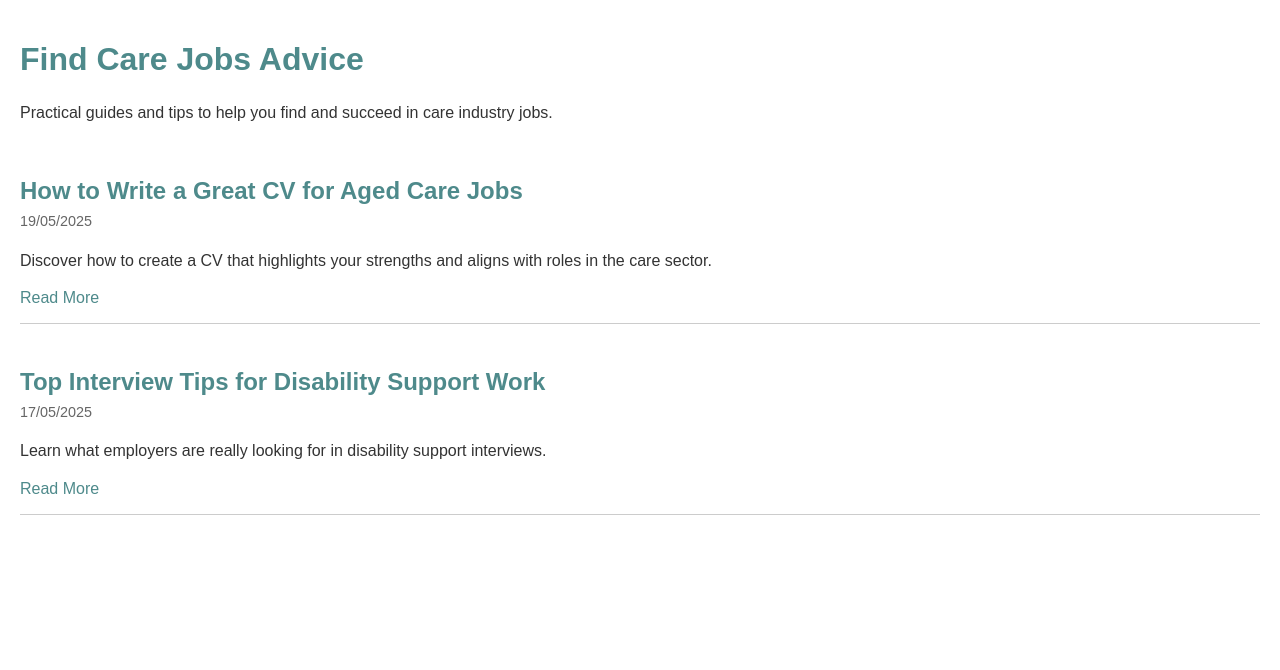
Repository: RichardCareJobs/find-care-jobs
Page: advice.html
These files come from the project's save history. The page is drawn as it stood at one moment and after the next save; the edit follows.
The browser window is 1280 px wide. The pictures show the whole page.

Above is the page before, as saved 2025-05-19 21:12:33.

### advice.html
<!DOCTYPE html>
<html lang="en">
<head>
    <!-- Google Tag Manager -->
<script>(function(w,d,s,l,i){w[l]=w[l]||[];w[l].push({'gtm.start':
    new Date().getTime(),event:'gtm.js'});var f=d.getElementsByTagName(s)[0],
    j=d.createElement(s),dl=l!='dataLayer'?'&l='+l:'';j.async=true;j.src=
    'https://www.googletagmanager.com/gtm.js?id='+i+dl;f.parentNode.insertBefore(j,f);
    })(window,document,'script','dataLayer','GTM-5VNSJFMC');</script>
    <!-- End Google Tag Manager -->

  <meta charset="UTF-8">
  <title>Find Care Jobs Advice</title>
  <link rel="stylesheet" href="styles.css">
</head>
<body>
    <!-- Google Tag Manager (noscript) -->
<noscript><iframe src="https://www.googletagmanager.com/ns.html?id=GTM-5VNSJFMC"
    height="0" width="0" style="display:none;visibility:hidden"></iframe></noscript>
    <!-- End Google Tag Manager (noscript) -->
 <header>
      <div id="global-header"></div>
      </header>

  <main class="content">
    <h1>Find Care Jobs Advice</h1>
    <p>Practical guides and tips to help you find and succeed in care industry jobs.</p>

    <div id="advice-container" class="advice-listing"></div>
  </main>

  <div id="global-footer"></div>

  <script src="js/advice.js"></script>
</body>
</html>

### styles.css
body {
    background-color: #ffffff; /* Warm Sand background for the whole page */
    font-family: Arial, sans-serif; /* Set a clean font */
    margin: 0;
    padding: 20px; /* Optional: adds padding to the content */
    color: #333; /* Dark text color for good contrast */
}



.hero-overlay h1,
.hero-overlay h2,
.hero-overlay h3,
.hero-overlay p,
.hero-overlay a {
  color: #fff;
}

/* ——— Header override to match Home page ——— */
header.header-container {
    position: fixed;
    top: 0; left: 0; width: 100vw;
    height: 80px;                 /* ↑ bigger bar like Home */
    padding: 10px 40px;           /* ↑ vertical + horizontal spacing */
    background-color: var(--primary-color);
    display: flex;
    align-items: center;
    justify-content: space-between;
    z-index: 1000;
    box-sizing: border-box;
  }

  /* Logo link must be white, not teal */
  .header-container .logo a {
    color: #fff;
    text-decoration: none;
    font-size: 1.2rem;
    font-weight: bold;
  }

  /* Nav links stay white on teal */
  .header-container .nav-links a {
    color: #fff;
  }

  .header-container .nav-links a:hover {
    color: var(--accent-color);
  }


/* New unified header container */
.header-container {
    display: flex;
    justify-content: space-between; /* Logo on left, nav/hamburger on right */
    align-items: center;
    padding: 0 20px;
    height: 80px; /* Adjust height as needed */
    background-color: #4E8A8B; /* Muted Teal for the header background */
    box-sizing: border-box;
    position: fixed; /* Keep header visible on scroll */
    top: 0;
    left: 0;
    width: 100%;
    z-index: 1000;
  }

  /* Logo styling (placeholder) */
  .logo {
    color: #fff;
    font-size: 1.2rem;
    font-weight: bold;
  }

  /* Desktop navigation links */
  .nav-links {
    display: flex;
    gap: 20px;
  }

  .nav-links a {
    color: #fff;
    text-decoration: none;
    font-size: 16px;
  }

  .nav-links a:hover {
    color: #FF6F61; /* Soft Coral on hover */
  }

  /* Hamburger menu icon – hidden on desktop */
  .hamburger-menu {
    display: none; /* Show only on mobile */
    color: #fff;
    font-size: 24px;
    cursor: pointer;
  }

  /* Mobile navigation menu – hidden by default */
  .mobile-nav {
    display: none;
    flex-direction: column;
    background-color: #4E8A8B;
    position: absolute;
    top: 60px; /* Immediately below the header */
    left: 0;
    width: 100%;
    box-sizing: border-box;
    z-index: 2000; /* Ensures mobile menu appears above other content */
  }
  /* Show mobile menu when .active is applied */
.mobile-nav.active {
  display: flex;
}


  .mobile-nav a {
    color: #fff;
    padding: 10px 20px;
    text-decoration: none;
    border-bottom: 1px solid #fff;
  }

  /* Media query: On screens 768px and below, hide desktop nav and show hamburger */
  @media (max-width: 768px) {
    .nav-links {
      display: none;
    }
    .hamburger-menu {
      display: block;
    }
  }

  /* For tablets and smaller screens */
@media (max-width: 768px) {
    /* Adjust font sizes, layout, etc. for tablet screens */
  }

  /* For mobile devices */
  @media (max-width: 480px) {
    /* Further adjustments for mobile screens */
  }

  @media (max-width: 768px) {
    .hero .search-bar {
      flex-direction: column;
      align-items: center;
      width: 100%;
    gap: 10px;
    }

    .hero .search-bar input[type="text"],
    .hero .search-bar button {
      width: 100%;
      max-width: 220px;
    }

    .hero .search-bar button {
      margin-top: 10px;
    }
  }


  /* Hero Section: set the background image, size, and positioning */
.hero {
    position: relative;
    background-image: url('images/fcj-hero-v1.png'); /* Replace with your image path */
    background-size: cover;
    background-position: center;
    height: 500px; /* Adjust height as needed */
    width: 100vw;  /* Use viewport width */
  margin-left: calc(-50vw + 50%);  /* Shift left to counteract body padding */
  color: #fff; /* This makes all text white */
    display: flex;
    align-items: center;
    justify-content: center;
  }

  /* Overlay for darkening the background and centering text */
  .hero-overlay {
    background: rgba(0, 0, 0, 0.5); /* Semi-transparent overlay for readability */
    width: 100%;
    height: 100%;
    display: flex;
    flex-direction: column;
    align-items: center;
    justify-content: center;
    color: #fff;
    text-align: center;
    padding: 0px;
    box-sizing: border-box;
  }

  /* Adjust the search bar for the hero section */
  .hero .search-bar {
    margin-top: 20px;
    display: flex;
    gap: 10px;
    justify-content: center;
  }

  .hero .search-bar input[type="text"] {
    padding: 10px;
    border-radius: 8px;
    border: none; /* Remove border for a cleaner look */
    font-size: 16px;
    width: 200px;
    max-width: 300px;
  }

  .hero .search-bar button {
    padding: 10px 20px;
    border-radius: 8px;
    background-color: var(--accent-color); /* Using your accent color variable */
    border: none;
    color: #fff;
    font-size: 16px;
    cursor: pointer;
  }

  .hero .search-bar button:hover {
    background-color: #FF6F61; /* Soft Coral on hover */
  }


/* Navigation menu styles */
header nav {
    display: flex;
    gap: 20px; /* Space between links */
}

header nav a {
    color: #fff; /* White color for the links */
    text-decoration: none;
    font-size: 16px;
}

header nav a:hover {
    color: #FF6F61; /* Soft Coral on hover */
}

/* Center the h1 title */
.header-middle h1 {
    font-size: 24px;
    color: #4E8A8B; /* Muted Teal for the title */
    margin: 0;
}

/* Search bar container styles */
.search-bar {
    display: flex;
    gap: 10px;
    justify-content: center; /* Center the search inputs and button */
    margin-top: 20px;
}

/* Styling for the search input fields */
.search-bar input[type="text"] {
    padding: 10px;
    border-radius: 8px; /* Rounded corners */
    border: 2px solid #A8E6CF; /* Light Mint border */
    font-size: 16px;
    width: 200px; /* Set a width for the input fields */
    max-width: 300px; /* Maximum width for better responsiveness */
}

.search-bar input[type="text"]:focus {
    outline: none;
    border-color: #FF6F61; /* Soft Coral border on focus */
}

/* Styling for the search button */
.search-bar button {
    padding: 10px 20px;
    border-radius: 8px; /* Rounded corners */
    background-color: #A8E6CF; /* Light Mint background */
    border: 2px solid #A8E6CF; /* Light Mint border */
    color: #fff;
    font-size: 16px;
    cursor: pointer; /* Pointer cursor on hover */
}

/* Button hover effect */
.search-bar button:hover {
    background-color: #FF6F61; /* Soft Coral on hover */
    border-color: #FF6F61; /* Change the border color on hover */
}


/* Job count text styling */
#job-count {
    text-align: center;
    font-size: 18px;
    color: #fff; /* Muted Teal color for consistency with the design */
    margin-top: 20px;
    font-weight: bold;
}

/* General styling for the filter section */
.filter-section {
    margin-bottom: 20px;
    display: flex;
    align-items: center;
    gap: 10px;
    font-family: 'Arial', sans-serif;
    font-size: 14px;
    color: #424242;
}

/* Style for the label */
.filter-section label {
    font-weight: bold;
    margin-right: 5px;
}

/* General styling for the filter section */
.filter-section {
    margin-top: 20px; /* Adds space between search and filter */
    font-family: 'Arial', sans-serif; /* Match font with the rest of the site */
    font-size: 16px; /* Adjust font size for better readability */
    color: #4E8A8B; /* Match the color with the rest of the site */
    display: flex; /* Use flexbox for horizontal alignment */
    justify-content: center; /* Center-align within the container */
    align-items: center; /* Align label and dropdown vertically */
    gap: 10px; /* Space between the label and dropdown */
}

/* Style for the dropdown */
.filter-section select {
    padding: 8px 12px;
    border: 1px solid #ccc;
    border-radius: 4px;
    background-color: #fff;
    font-size: 14px;
    color: #333; /* Match font color with the rest */
    cursor: pointer;
    transition: border-color 0.3s ease;
    width: 200px; /* Set a consistent width for the dropdown */
}

.filter-section select:hover {
    border-color: #0088d2; /* Match primary color */
}

.filter-section select:focus {
    outline: none;
    border-color: #fa9335; /* Match secondary color */
}

/* Label styling */
.filter-section label {
    font-weight: bold;
    margin-bottom: 0; /* Remove extra margin for better alignment */
}




/* Job listings container space */
.job-listings-container {
    margin: 0 auto;
    max-width: 1200px; /* or whatever width you prefer */
    padding: 20px;
    box-sizing: border-box;
  }




/* Job listings container to center the job cards */
.job-listings-container {
    display: flex;
    flex-direction: column;
    align-items: center; /* Center the job cards horizontally */
    gap: 20px; /* Add space between each job card */
    width: 100%;
}

/* Job card styles */
.job-cards {
    background-color: #fff;
    padding: 20px;
    border-radius: 8px;
    border: 2px solid #A8E6CF; /* Light Mint border around the job cards */
    box-shadow: 0 2px 5px rgba(0, 0, 0, 0.1);
    text-align: left; /* left align the text inside the job card */
    width: 100%; /* Ensure the job card takes up full width */
    max-width: 600px; /* Optional: set a max-width for better layout */
    margin: 0; /* Remove margin from individual cards */
}

/* Styling for the "Read More" buttons */
.job-cards .read-more {
    padding: 10px 20px;
    border-radius: 0px; /* Rounded corners */
    background-color: #A8E6CF; /* Light Mint background */
    border: 2px solid #A8E6CF; /* Light Mint border */
    color: #fff;
    font-size: 16px;
    cursor: pointer; /* Pointer cursor on hover */
    text-align: center; /* Center the text inside the button */
    display: inline-block; /* Ensure the button has correct inline behavior */
    margin-top: 10px; /* Add some space above the button */
}

/* Hover effect for the "Read More" button */
.job-cards .read-more:hover {
    background-color: #FF6F61; /* Soft Coral on hover */
    border-color: #FF6F61; /* Change the border color on hover */
}

/* Streamline job cards */
.job-listings-container {
    gap: 10px;              /* was 20px – bring cards closer together */
  }

  .job-cards {
    padding: 12px;          /* was 20px – less “air” inside each card */
    border-radius: 0px;     /* optional: slightly tighter corners */
  }

  .job-cards h3 {
    margin-top: 8px;        /* was 1rem – bring title closer to top badge/logo */
    margin-bottom: 8px;     /* was default – tighten space before body text */
  }

  .job-cards p {
    margin-bottom: 5px;     /* was 1em – less space under each paragraph */
  }

  .job-cards .read-more {
    padding: 6px 12px;      /* was 10px 20px – smaller button */
    font-size: 0.9rem;      /* slightly smaller text */
    margin-top: 8px;        /* was 10px – reduce gap above button */
  }



/* Base styles for sponsored jobs */
.job-cards.sponsored {
    border: 3px solid #FF6F61; /* Thicker border for sponsored jobs */
    padding: 20px; /* Add more padding to create space */
    background-color: #F5F5F5; /* Light background for sponsored jobs */
    position: relative;
    margin: 10px; /* Add some space between job cards */
}

/* Employer logo positioning (top right) */
.job-cards.sponsored .employer-logo {
    position: absolute;
    top: 15px; /* Adjusted to move the logo further down */
    right: 15px; /* Adjusted to move the logo further to the right */
    width: 70px; /* Increased size of the logo */
    height: auto;
}

/* Title adjustment if logo is displayed */
.job-cards.sponsored h3 {
    margin-top: 30px; /* Increased space between badge and job title */
    margin-right: 90px; /* Adjust header text position if logo is displayed */
}

/* Sponsored job categories */
.job-cards.sponsored.top-job {
    border-color: #2196F3; /* Top Job with coral border */
}

.job-cards.sponsored.featured-job {
    border-color: #FFC107; /* Featured Job with gold border */
}

.job-cards.sponsored.urgent-job {
    border-color: #F44336; /* Urgent Job with orange-red border */
}

.job-cards.sponsored.popular-job {
    border-color: #4CAF50; /* Popular Job with lime green border */
}


.job-cards.sponsored .badge {
  position: relative;
  top: 10px;
  left: 10px;

  /* allow text to show */
  display: inline-block;
  padding: 4px 8px;
  min-width: 40px;
  height: auto;      /* remove the fixed height */
  background-color: #FF6F61; /* Soft Coral for badge background */
  color: #fff;
  font-size: 0.75rem;
  border-radius: 3px;
  text-transform: uppercase;
  white-space: nowrap;
}

/* category-specific overrides */
.job-cards.sponsored.top-job .badge       { background: #FF6F61; }
.job-cards.sponsored.featured-job .badge { background: #FFD700; }
.job-cards.sponsored.urgent-job .badge   { background: #E60000; }
.job-cards.sponsored.popular-job .badge  { background: #00B300; }


/* Styling for the badge */
.job-cards.sponsored.top-job .badge {
    background-color: #2196F3; /* Top Job Badge */
}

.job-cards.sponsored.featured-job .badge {
    background-color: #FFC107; /* Featured Job Badge */
}

.job-cards.sponsored.urgent-job .badge {
    background-color: #F44336; /* Urgent Job Badge */
}

.job-cards.sponsored.popular-job .badge {
    background-color: #4CAF50; /* Popular Job Badge */
}


.global-footer {
    background-color: #4E8A8B; /* Footer color */
    color: white;
    padding: 20px;
    text-align: center;
    width: 100vw; /* Viewport width */
    position: relative; /* Ensure it stays within normal document flow */
    left: 50%; /* Offset for centering */
    transform: translateX(-50%); /* Center align the footer */
    box-sizing: border-box; /* Include padding within width */
    margin: 0; /* Remove any margin */
}




.global-footer nav {
    display: flex;
    justify-content: center;
    gap: 20px; /* Space between footer links */
}

.global-footer a {
    color: white;
    text-decoration: none;
    font-size: 16px;
}

.global-footer a:hover {
    color: #FF6F61; /* Soft Coral on hover, matching header link styling */
}



.page-content {
    display: flex;
    align-items: flex-start; /* Align items to the top */
    gap: 20px; /* Space between image and text */
}

.image-placeholder {
    flex: 0 0 300px; /* Fixed width for the image container */
}

.image-placeholder img {
    width: 100%; /* Image takes full width of its container */
    height: auto;
    border-radius: 5px; /* Optional rounded corners */
    padding: 5px; /* Padding around the image for spacing */
    background-color: #f0f0f0; /* Optional: background color for the image */
}

.text-content {
    flex: 1; /* Take remaining space */
    max-width: 600px; /* Limit text width for readability */
}



/* Root-level variables for colors, fonts, and font sizes */
:root {
    --primary-color: #4E8A8B;
    --accent-color: #FF6F61;
    --text-color: #333333;
    --background-color: #F1E2C6;
    --font-family: Arial, sans-serif;
    --font-size-h1: 32px; /* You can adjust this size as needed */
    --font-size-large: 24px;
    --font-size-base: 16px;
    --font-size-small: 14px;
}

header.header-container {
    position: fixed;
    top: 0;
    left: 0;
    width: 100vw;             /* span the entire viewport */
    height: var(--header-height);
    background-color: var(--primary-color);
    display: flex;
    align-items: center;
    justify-content: space-between;
    padding: 0 20px;          /* no vertical padding, just left/right */
    z-index: 1000;
    box-sizing: border-box;
  }


/* Apply global font and color styles */
html {
    margin: 0;
    padding: 0;
    box-sizing: border-box;
}

body {
    margin: 0;
    padding: 20px;
    font-family: var(--font-family);
    font-size: var(--font-size-base);
    color: var(--text-color);
}


/* Heading styles */
h1 {
    font-size: var(--font-size-h1);
    color: var(--primary-color);
    font-weight: bold;
}

h2 {
    font-size: 1.5em; /* This will scale with base font size */
    color: var(--primary-color);
    font-weight: bold;
}


h3, h4, h5, h6 {
    color: var(--primary-color);
}

/* Paragraph and link styles */
p {
    font-size: var(--font-size-base);
    line-height: 1.6;
    margin: 0 0 1em;
}

a {
    color: var(--primary-color);
    text-decoration: none;
}

a:hover {
    color: var(--accent-color);
    text-decoration: underline;
}

/* Button styling */
button {
    font-size: var(--font-size-base);
    color: #fff;
    background-color: var(--primary-color);
    border: none;
    padding: 10px 20px;
    border-radius: 5px;
    cursor: pointer;
}

button:hover {
    background-color: var(--accent-color);
}

/* ——— General See-All button styling ——— */
.see-all-button {
  display: inline-block;
  padding: 0.6rem 1.2rem;
  background-color: #0088d2;    /* or your brand primary */
  color: #fff;
  border: none;
  border-radius: 4px;
  font-size: 1rem;
  cursor: pointer;
  text-align: center;
  margin: 1rem 0;
}

/* ——— Center & Span full width on just those sector pages ——— */
body[data-sector="Aged Care"]   #job-listings .see-all-button,
body[data-sector="Disability Support"] #job-listings .see-all-button {
  grid-column: 1 / -1;      /* span both columns */
  justify-self: center;     /* then center within that span */
}



/* ——— Sector Page 2×2 Grid for Top 4 Sponsored Jobs ——— */
body[data-sector="Aged Care"] #job-listings,
body[data-sector="Disability Support"] #job-listings {
  display: grid;
  grid-template-columns: repeat(2, 1fr);
  grid-auto-rows: auto;
  gap: 1rem;
}

body[data-sector="Aged Care"] #job-listings .see-all-link,
body[data-sector="Disability Support"] #job-listings .see-all-link {
  grid-column: 1 / -1;
  text-align: center;
  margin-top: 1rem;
  font-weight: bold;
}

.advice-listing {
  display: flex;
  flex-direction: column;
  gap: 1.5rem;
  padding: 1rem 0;
}

.advice-card {
  border-bottom: 1px solid #ccc;
  padding-bottom: 1rem;
}

.advice-card h2 {
  margin-bottom: 0.3rem;
}

.advice-date {
  font-size: 0.9rem;
  color: #666;
}

### js/advice.js
document.addEventListener("DOMContentLoaded", () => {
  fetch("advice-posts.json")
    .then(response => response.json())
    .then(posts => {
      const container = document.getElementById("advice-container");

      posts.forEach(post => {
        const article = document.createElement("article");
        article.classList.add("advice-card");

        article.innerHTML = `
          <h2><a href="posts/${post.slug}.html">${post.title}</a></h2>
          <p class="advice-date">${new Date(post.date).toLocaleDateString("en-AU")}</p>
          <p>${post.summary}</p>
          <a href="posts/${post.slug}.html" class="read-more">Read More</a>
        `;

        container.appendChild(article);
      });
    })
    .catch(error => {
      console.error("Failed to load advice posts:", error);
    });
});

### advice-posts.json
[
  {
    "title": "How to Write a Great CV for Aged Care Jobs",
    "date": "2025-05-19",
    "summary": "Discover how to create a CV that highlights your strengths and aligns with roles in the care sector.",
    "slug": "how-to-write-a-care-cv"
  },
  {
    "title": "Top Interview Tips for Disability Support Work",
    "date": "2025-05-17",
    "summary": "Learn what employers are really looking for in disability support interviews.",
    "slug": "interview-tips"
  }
]

### header.html
<header>
    <div class="header-container">

      <div class="logo"><img src="images/FCJ-Logo-Horizontal.png" height="60px" width="200px"></div>

      <!-- favicon -->
<link rel="icon" type="image/png" sizes="96x96" href="/favicon-96x96.png" />
<link rel="icon" type="image/svg+xml"       href="/favicon.svg"          />
<link rel="shortcut icon"                    href="/favicon.ico"          />
<link rel="apple-touch-icon" sizes="180x180" href="/apple-touch-icon.png" />
<meta name="apple-mobile-web-app-title" content="Find Care Jobs" />
<link rel="manifest"                         href="/site.webmanifest"     />


      <!-- Normal Nav Links (Desktop) -->
      <nav class="nav-links">
        <a href="index.html">Home</a>
        <a href="about.html">About</a>
        <a href="aged-care-jobs.html">Aged Care Jobs</a>
        <a href="disability-support-jobs.html">Disability Support Jobs</a>
        <a href="advice.html">Find Care Jobs Advice</a>

      </nav>

      <!-- Hamburger Icon (Mobile) -->
      <div class="hamburger-menu" id="hamburger-menu">
        &#9776; <!-- A simple Unicode hamburger icon -->
      </div>
    </div>

    <!-- Collapsible Menu (Mobile) -->
    <nav class="mobile-nav" id="mobile-nav">
      <a href="about.html">About</a>
      <a href="aged-care-jobs.html">Aged Care Jobs</a>
      <a href="disability-support-jobs.html">Disability Support Jobs</a>

    </nav>
  </header>

### footer.html
<footer class="global-footer">
    <p>&copy; 2024 Find Care Jobs. All rights reserved.</p>
    <nav>
        <a href="/about">About Us</a> |

        <a href="/privacy">Privacy Policy</a>
    </nav>
</footer>

After the next save:
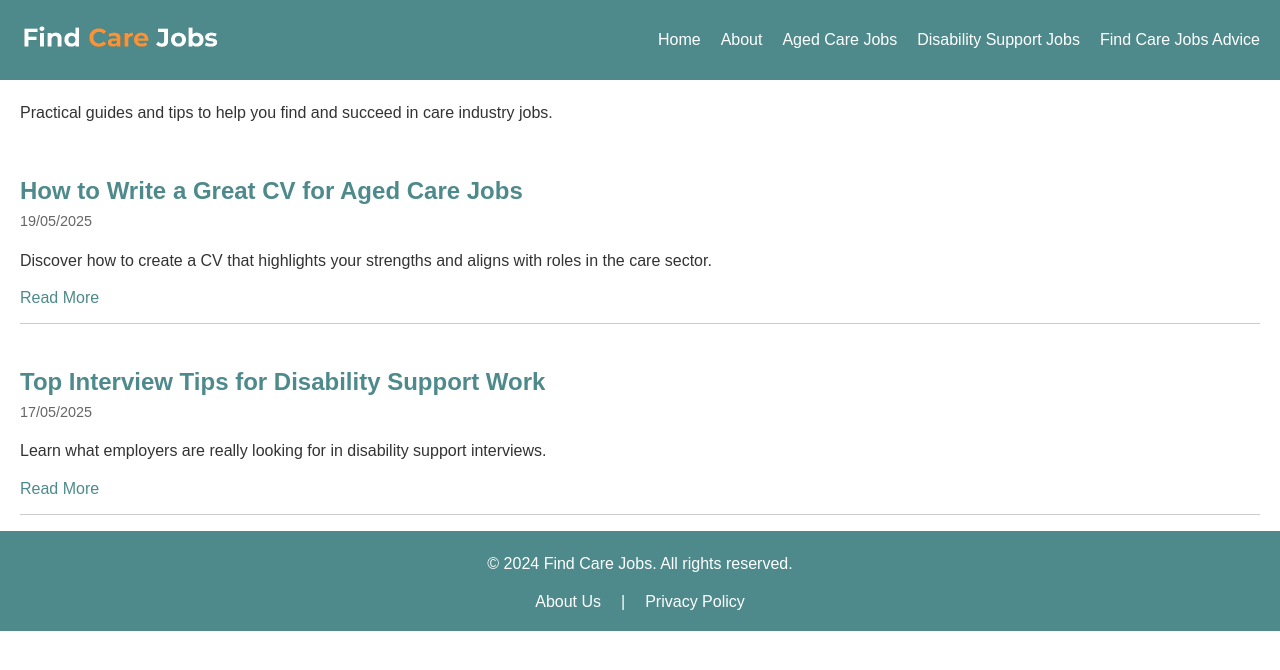
Saved 3 min 42 s later.
--- a/advice.html
+++ b/advice.html
@@ -32,5 +32,18 @@
   <div id="global-footer"></div>
 
   <script src="js/advice.js"></script>
+
+<script>
+  // Load global header and footer
+  fetch('header.html')
+    .then(res => res.text())
+    .then(data => document.getElementById('global-header').innerHTML = data);
+
+  fetch('footer.html')
+    .then(res => res.text())
+    .then(data => document.getElementById('global-footer').innerHTML = data);
+</script>
+
+
 </body>
 </html>
